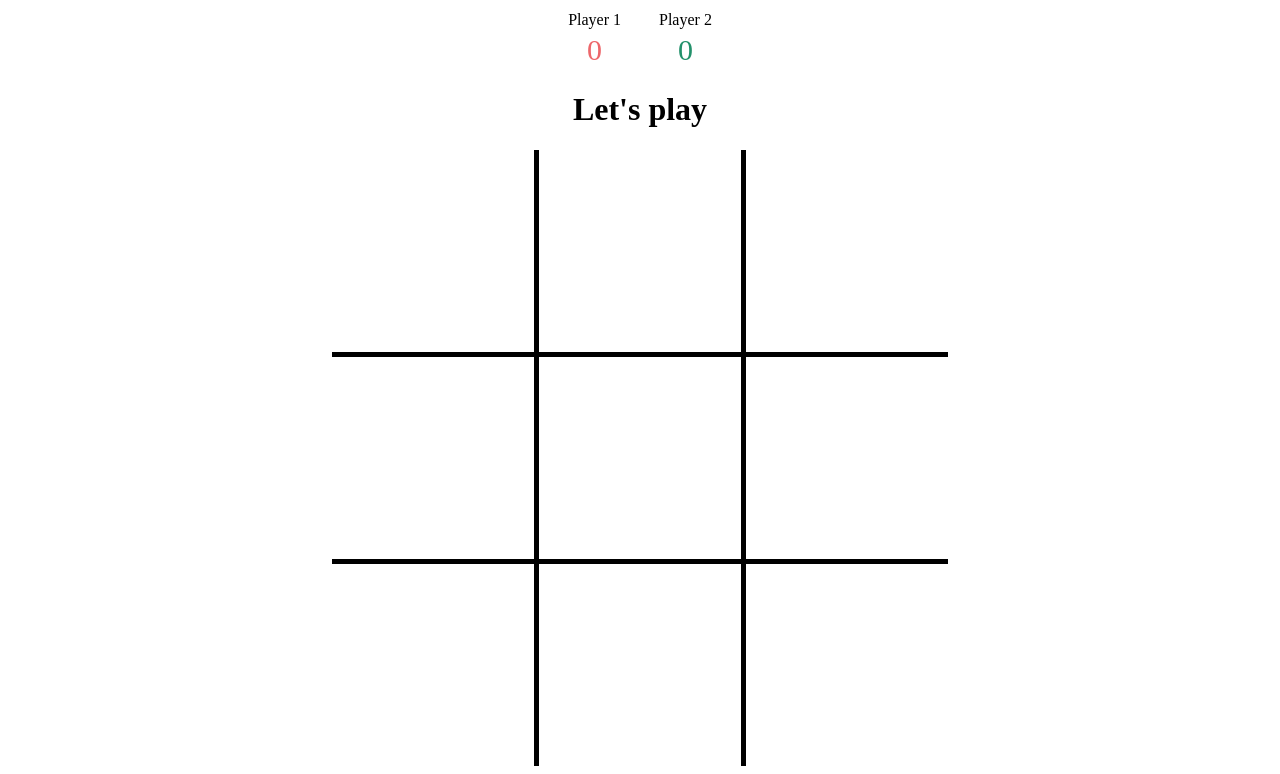
Repository: anas-essaguiar/epita.advancedWeb
Page: tictatoe/index.html
An editor plug-in stored every save of this project. The page is shown before and after the next save, followed by the edit.
The browser window is 1280 px wide. The pictures show the whole page.

Above is the page before, as saved 2021-04-23 15:26:23.

After the next save:
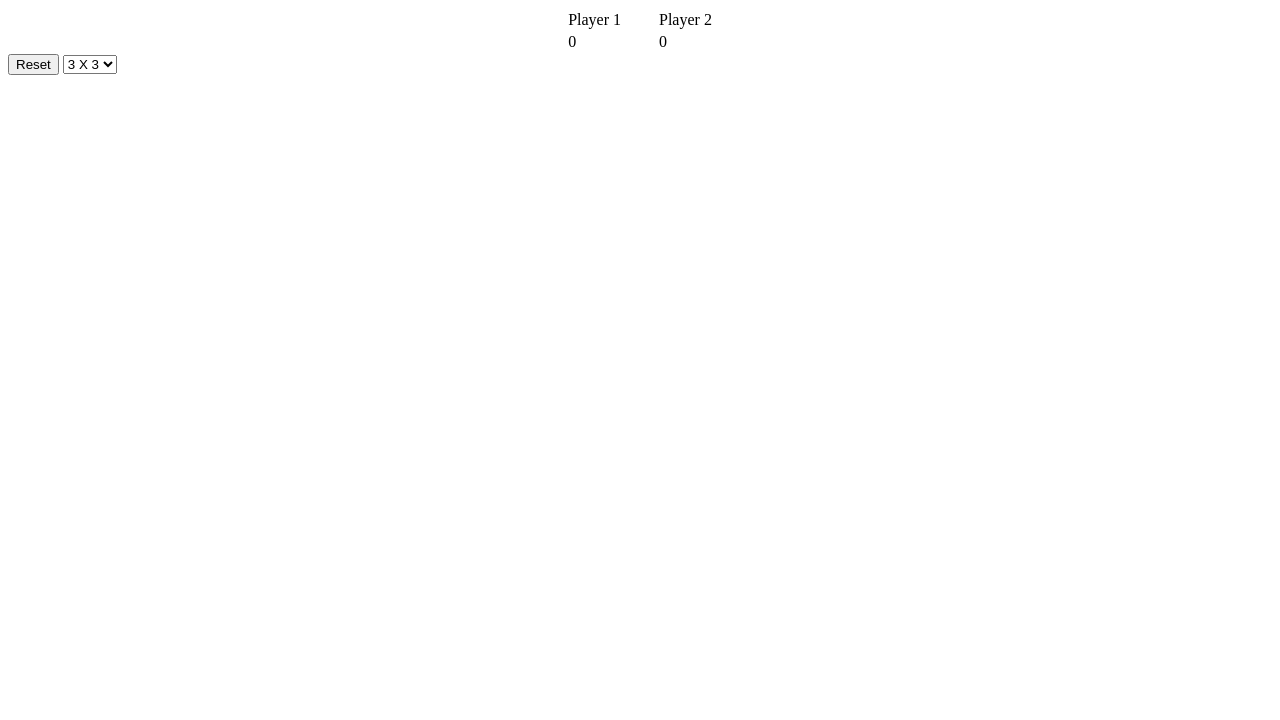
Saved 12 min 43 s later.
--- a/tictatoe/index.html
+++ b/tictatoe/index.html
@@ -1,51 +1,41 @@
-<!DOCTYPE html>
-<html>
+<table id="scoreboard" align="center">
+    <tr>
+        <td> Player 1 </td>
+        <td width="30"> &nbsp; </td>
+        <td> Player 2 </td>
+    </tr>
+    <tr>
+        <td class="score" id="player1">
+            0
+        </td>
+        <td> &nbsp; </td>
+        <td class="score" id="player2">
+            0
+        </td>
+    </tr>
+</table>
 
-<head>
-    <meta charset="UTF-8">
-    <title>TIC TAC TOE</title>
-    <link rel="stylesheet" href="style.css">
-</head>
 
-<body>
-    <table id="scoreboard" align="center">
-        <tr>
-            <td> Player 1 </td>
-            <td width="30"> &nbsp; </td>
-            <td> Player 2 </td>
-        </tr>
-        <tr>
-            <td class="score" id="player1">
-                0
-            </td>
-            <td> &nbsp; </td>
-            <td class="score" id="player2">
-                0
-            </td>
-        </tr>
-    </table>
-    <div>
-        <h1>Let's play</h1>
-        <table id="table1" align="center">
-            <tr>
-                <td class="col"></td>
-                <td class="col"></td>
-                <td class="col"></td>
-            </tr>
-            <tr>
-                <td class="col"></td>
-                <td class="col"></td>
-                <td class="col"></td>
-            </tr>
-            <tr>
-                <td class="col"></td>
-                <td class="col"></td>
-                <td class="col"></td>
-            </tr>
-        </table>
-    </div>
+<div id="placeholder"></div>
 
-    <script type="text/javascript" defer src="js/app.js"></script>
-</body>
 
-</html>
+<button onclick="restart()">
+    Reset
+</button>
+<select onchange="restart(this.value)">
+    <option value="2">
+        2 X 2
+    </option>
+    <option value="3" selected="">
+        3 X 3
+    </option>
+    <option value="4">
+        4 X 4
+    </option>
+    <option value="5">
+        5 X 5
+    </option>
+    <option value="6">
+        6 X 6
+    </option>
+</select>

After the 5 saves that followed:
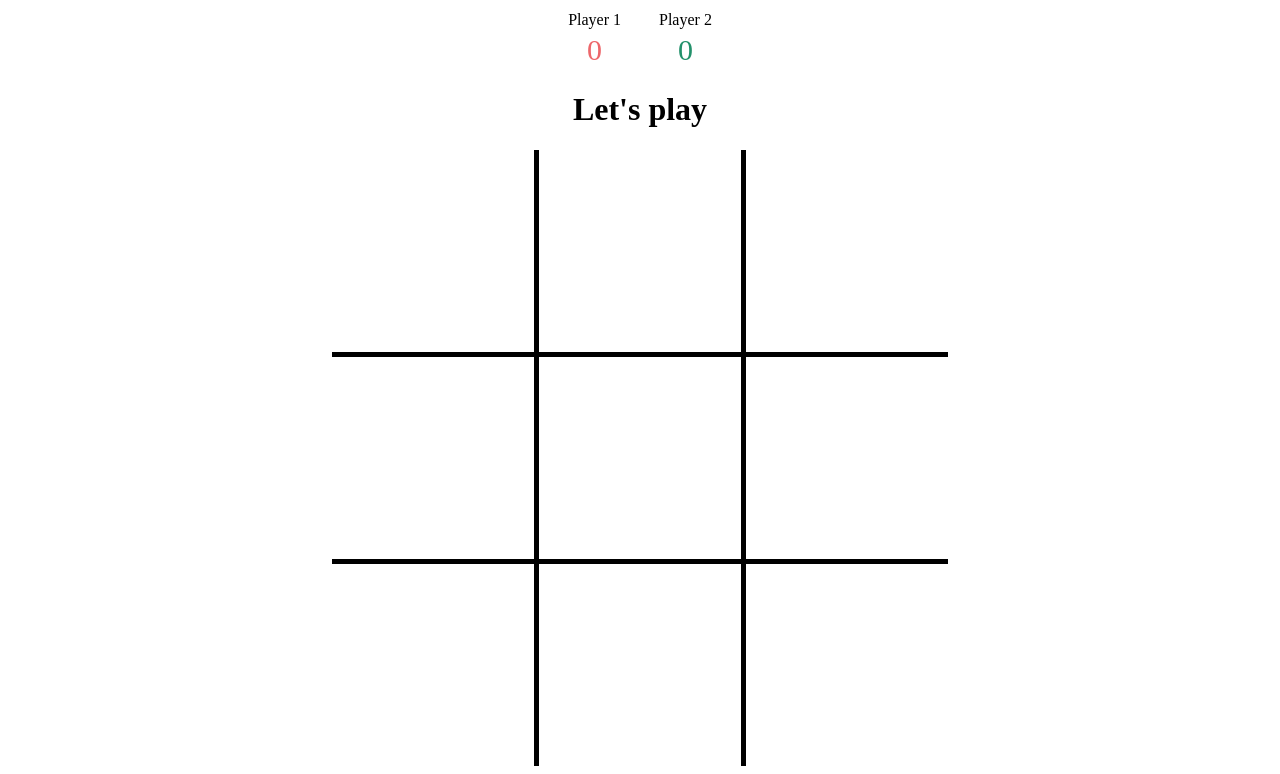
The 5 saves are shown as one change because 4 left the picture as it was.
The last was saved 2 min 24 s later.
--- a/tictatoe/index.html
+++ b/tictatoe/index.html
@@ -1,41 +1,51 @@
-<table id="scoreboard" align="center">
-    <tr>
-        <td> Player 1 </td>
-        <td width="30"> &nbsp; </td>
-        <td> Player 2 </td>
-    </tr>
-    <tr>
-        <td class="score" id="player1">
-            0
-        </td>
-        <td> &nbsp; </td>
-        <td class="score" id="player2">
-            0
-        </td>
-    </tr>
-</table>
+<!DOCTYPE html>
+<html>
 
+<head>
+    <meta charset="UTF-8">
+    <title>TIC TAC TOE</title>
+    <link rel="stylesheet" href="style.css">
+</head>
 
-<div id="placeholder"></div>
+<body>
+    <table id="scoreboard" align="center">
+        <tr>
+            <td> Player 1 </td>
+            <td width="30"> &nbsp; </td>
+            <td> Player 2 </td>
+        </tr>
+        <tr>
+            <td class="score" id="player1">
+                0
+            </td>
+            <td> &nbsp; </td>
+            <td class="score" id="player2">
+                0
+            </td>
+        </tr>
+    </table>
+    <div>
+        <h1>Let's play</h1>
+        <table id="table1" align="center">
+            <tr>
+                <td class="col"></td>
+                <td class="col"></td>
+                <td class="col"></td>
+            </tr>
+            <tr>
+                <td class="col"></td>
+                <td class="col"></td>
+                <td class="col"></td>
+            </tr>
+            <tr>
+                <td class="col"></td>
+                <td class="col"></td>
+                <td class="col"></td>
+            </tr>
+        </table>
+    </div>
 
+    <script type="text/javascript" defer src="js/app.js"></script>
+</body>
 
-<button onclick="restart()">
-    Reset
-</button>
-<select onchange="restart(this.value)">
-    <option value="2">
-        2 X 2
-    </option>
-    <option value="3" selected="">
-        3 X 3
-    </option>
-    <option value="4">
-        4 X 4
-    </option>
-    <option value="5">
-        5 X 5
-    </option>
-    <option value="6">
-        6 X 6
-    </option>
-</select>
+</html>
